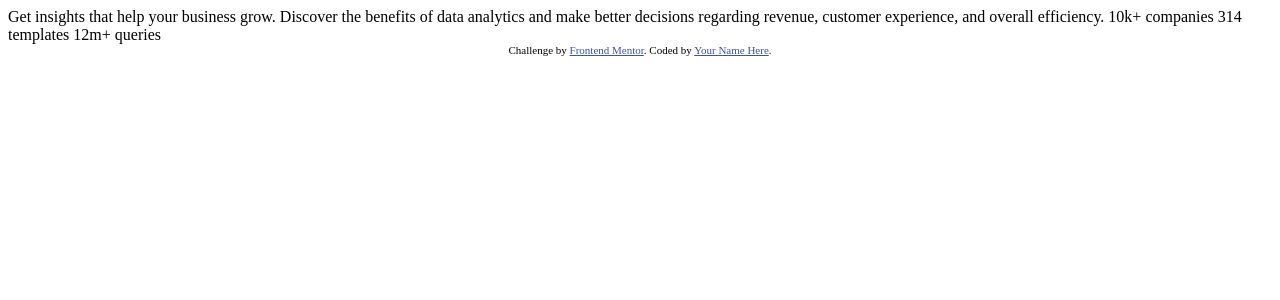
Repository: CaseySpurlock/stats-prewiew-component
Page: index.html
An editor plug-in stored every save of this project. The page is shown before and after the next save, followed by the edit.
The browser window is 1280 px wide. The pictures show the whole page.

Above is the page before, as saved 2021-06-20 23:33:41.

### index.html
<!DOCTYPE html>
<html lang="en">
<head>
  <meta charset="UTF-8">
  <meta name="viewport" content="width=device-width, initial-scale=1.0"> <!-- displays site properly based on user's device -->

  <link rel="icon" type="image/png" sizes="32x32" href="./images/favicon-32x32.png">

  <title>Frontend Mentor | Stats preview card component</title>

  <!-- Feel free to remove these styles or customise in your own stylesheet 👍 -->
  <style>
    .attribution { font-size: 11px; text-align: center; }
    .attribution a { color: hsl(228, 45%, 44%); }
  </style>
</head>
<body>

  Get insights that help your business grow.

  Discover the benefits of data analytics and make better decisions regarding revenue, customer
  experience, and overall efficiency.

  10k+ companies
  314 templates
  12m+ queries

  <div class="attribution">
    Challenge by <a href="https://www.frontendmentor.io?ref=challenge" target="_blank">Frontend Mentor</a>.
    Coded by <a href="#">Your Name Here</a>.
  </div>
</body>
</html>

Loaded but not shown: css/styles.css (no stored copy; drawn as an empty file)

After the next save:
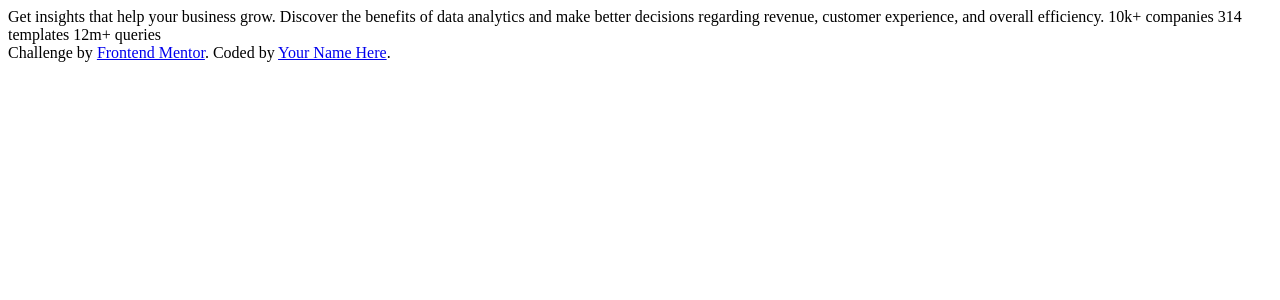
Saved 16 s later.
--- a/index.html
+++ b/index.html
@@ -8,11 +8,8 @@
 
   <title>Frontend Mentor | Stats preview card component</title>
 
-  <!-- Feel free to remove these styles or customise in your own stylesheet 👍 -->
-  <style>
-    .attribution { font-size: 11px; text-align: center; }
-    .attribution a { color: hsl(228, 45%, 44%); }
-  </style>
+  <link rel="stylesheet" href="css/styles.css">
+
 </head>
 <body>
 
